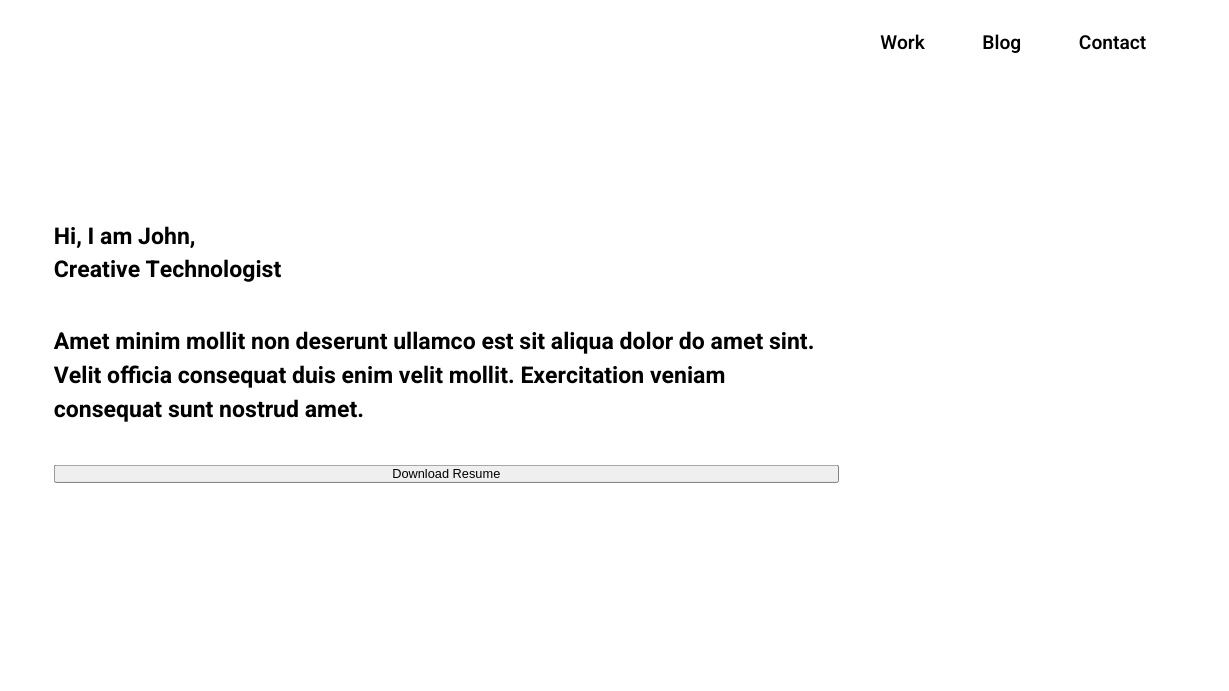
Repository: sharma171/portfolio
Page: /
An editor plug-in stored every save of this project. The page is shown before and after the next save, followed by the edit.
The browser window is 1280 px wide. The pictures show the whole page, at 96% of full size.
The project was rebuilt for these pictures with package versions that can differ from the ones it lists, and the page was loaded fresh each time. The framework's server and built-in components were replaced by stand-ins that run in the browser. Also part of the build but not shown: next.config.mjs.

Above is the page before, as saved 2024-06-01 00:04:53.

### src/app/layout.js

import "./globals.css";


export const metadata = {
  title: "Portfolio Website",
  description: "Blogging and projects site",
};

export default function RootLayout({ children }) {
  return (
    <html lang="en">
      <body>{children}</body>
    </html>
  );
}

### src/app/page.js
import "./page.css";
import Header from "../components/Header";
import Hero from "../components/Hero";

export default function Home() {
  return (
    <main className="main">
      <Header />
      <Hero />
    </main>
  );
}

### src/app/globals.css
@import url('https://fonts.googleapis.com/css2?family=Heebo:wght@100..900&display=swap');

:root {
  --max-width: 1200px;
  --border-radius: 12px;
  --font-mono: ui-monospace, Menlo, Monaco, "Cascadia Mono", "Segoe UI Mono",
    "Roboto Mono", "Oxygen Mono", "Ubuntu Monospace", "Source Code Pro",
    "Fira Mono", "Droid Sans Mono", "Courier New", monospace;
  --main-font: "Heebo", sans-serif;
  --weight--300: 300;
  --weight--400: 400;
  --weight--500: 500;
  --weight--600: 600;
  --weight--700: 700;
  --weight--800: 800;
  --weight--900: 900;
}

* {
  box-sizing: border-box;
  padding: 0;
  margin: 0;
}

html,
body {
  max-width: 100vw;
  overflow-x: hidden;
  font-family: var(--main-font);
}

a {
  color: inherit;
  text-decoration: none;
}
.container {
  max-width: var(--max-width);
  margin: 0 auto;
  padding: 0 1rem;
}
header {
  background: #fff;
}
header .header-logo {
  width: 1rem;
  height: auto;
}
.nav {
  display: flex;
  flex-direction: row;
  justify-content:space-between;
  max-width: var(--max-width);
  margin: 0 auto;
  padding: 0 1rem;
}
.navMenu {
  display: flex;
  flex-direction: row;
  align-items: center;
}
.navMenu .navLink {
  font-size: 1.25rem;
  font-weight: var(--weight--600);
  color: var(--primary-color);
  margin: 30px;
}

### src/app/page.css
.main {
  display: flex;
  flex-direction: column;
  min-height: 100vh;
}
.hero .hero-lhs {
  width: 70%;
}
.hero .hero-lhs .hero-cta {
  display: flex;
  flex-direction: column;
  gap: 40px;
}
.hero .hero-lhs .hero-cta {
  margin-top: 140px;
  margin-bottom: 70px;
}
.hero .hero-rhs {
  width: 30%;
}

### src/components/Header.jsx
import React from "react";
import "../app/globals.css";

const navLink = [
    {
        name: "Work",
        link: "/"
    },
    {
        name: "Blog",
        link: "/blog"
    },
    {
        name: "Contact",
        link: "/contact"
    },
]

const Header = () => {
    return(
        <header>
            <nav className="nav">
                <a href="/">

                </a>
                <div className="navMenu">
                    {navLink.map((item, index) => (
                        <a href={item.link} className="navLink" key={index}>{item.name}</a>
                    ))}
                </div>
            </nav>
        </header>
    )
}

export default Header;

### src/components/hero.jsx
import React from "react";
import "./page.css";

const Hero = () => {
    return (
        <>
        <section className="hero">
            <div className="container">
                <div className="hero-lhs">
                    <div className="hero-cta">
                        <h1 className="main-head">
                        Hi, I am John,<br></br>Creative Technologist
                        </h1>
                        <h2 className="sub-head">
                        Amet minim mollit non deserunt ullamco est sit aliqua dolor do amet sint. Velit officia consequat duis enim velit mollit. Exercitation veniam consequat sunt nostrud amet.
                        </h2>
                        <button className="cta-button">Download Resume</button>
                    </div>
                </div>
                <div className="hero-rhs">

                </div>
            </div>
        </section>
        </>
    )
}
export default Hero

After the next save:
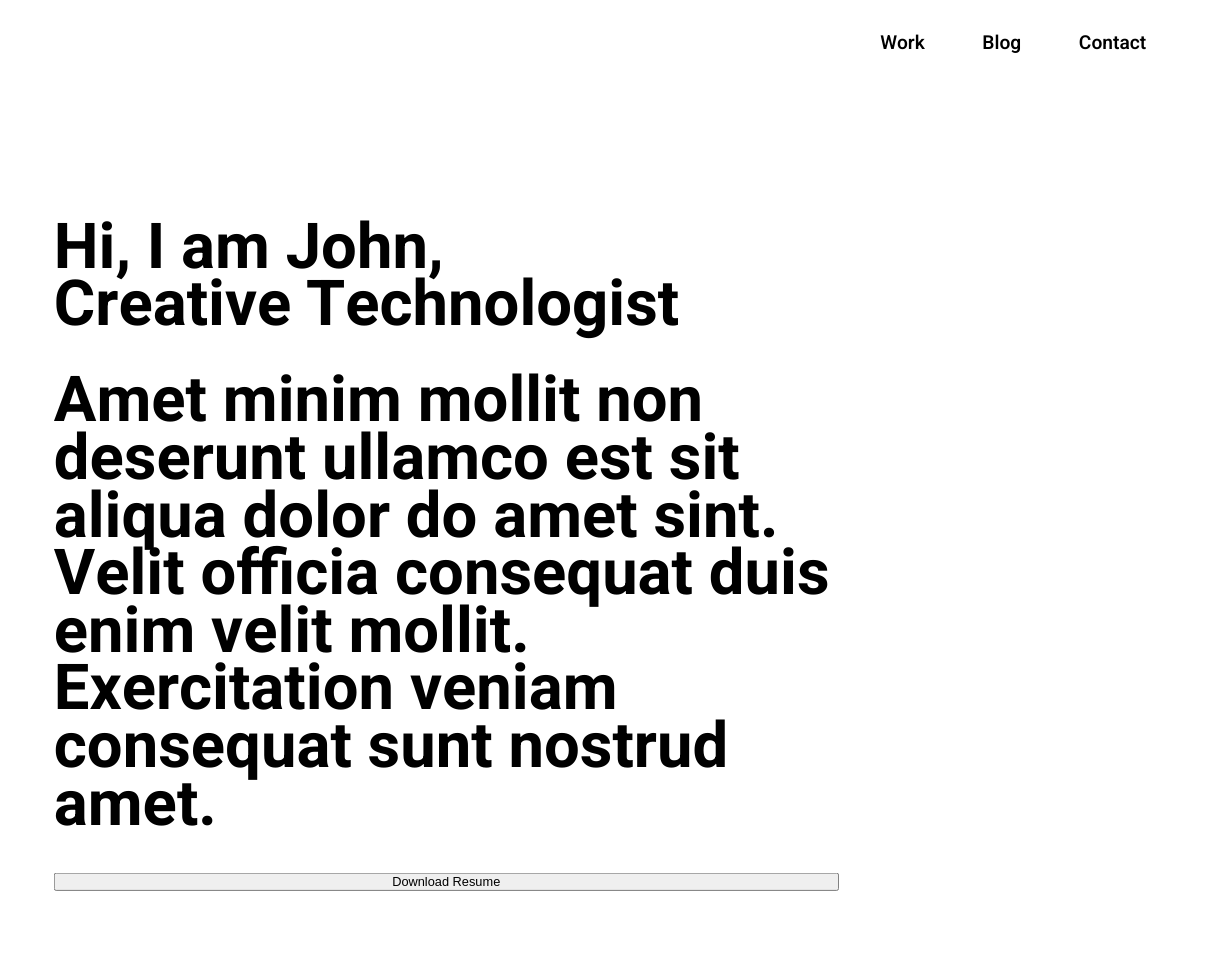
Saved 52 s later.
--- a/src/app/page.css
+++ b/src/app/page.css
@@ -10,10 +10,12 @@
   display: flex;
   flex-direction: column;
   gap: 40px;
+  margin-top: 140px;
+  margin-bottom: 70px;
 }
 .hero .hero-lhs .hero-cta {
-  margin-top: 140px;
-  margin-bottom: 70px;
+  font-size: 2.75rem;
+  line-height: 3.75rem;
 }
 .hero .hero-rhs {
   width: 30%;
